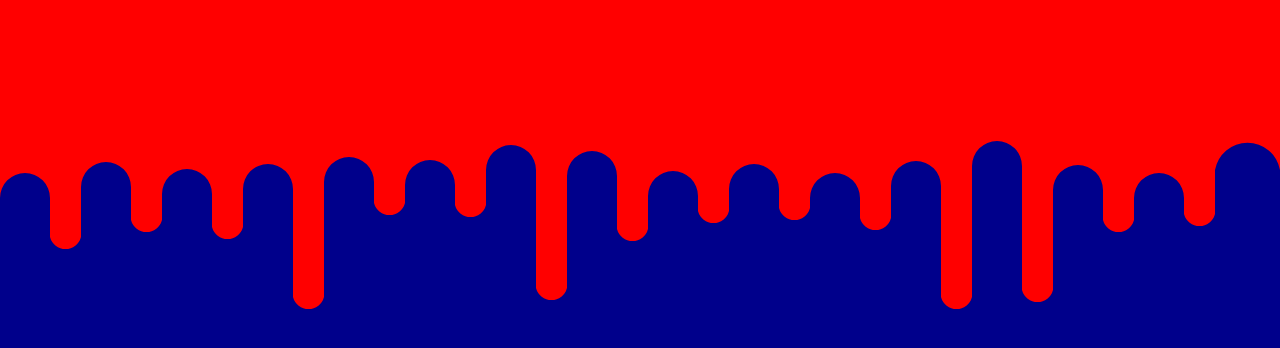
Repository: l-ollie/drip
Page: index.html
An editor plug-in stored every save of this project. The page is shown before and after the next save, followed by the edit.
The browser window is 1280 px wide. The pictures show the whole page.

Above is the page before, as saved 2022-06-30 18:37:02.

After the next save:
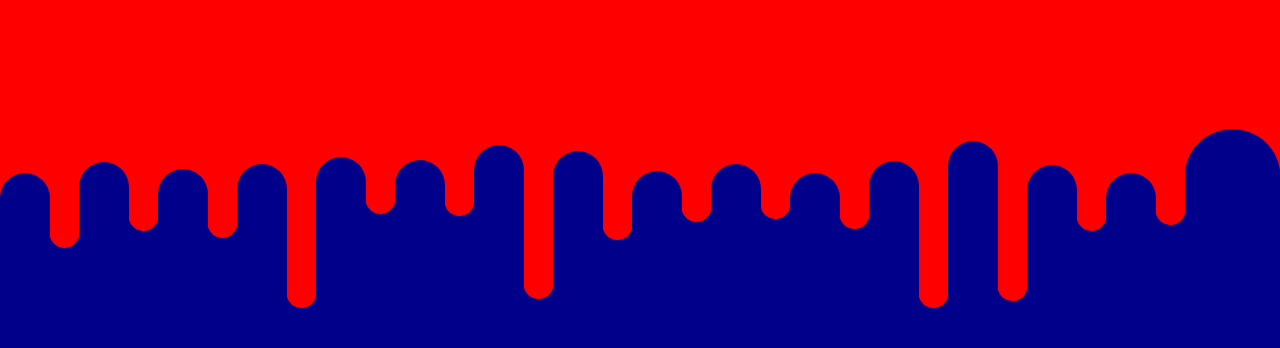
Saved 5 s later.
--- a/drip.js
+++ b/drip.js
@@ -32,7 +32,7 @@ function makeSVG() {
 		if (i % 2 !== 0) {
 			isLow = true;
 			arc = dripLow;
-			width = Math.round(width * 0.74);
+			width = Math.round(width * 0.7);
 			if (random > 40) random *= 2;
 			height = Math.ceil(height + random);
 		} else {
